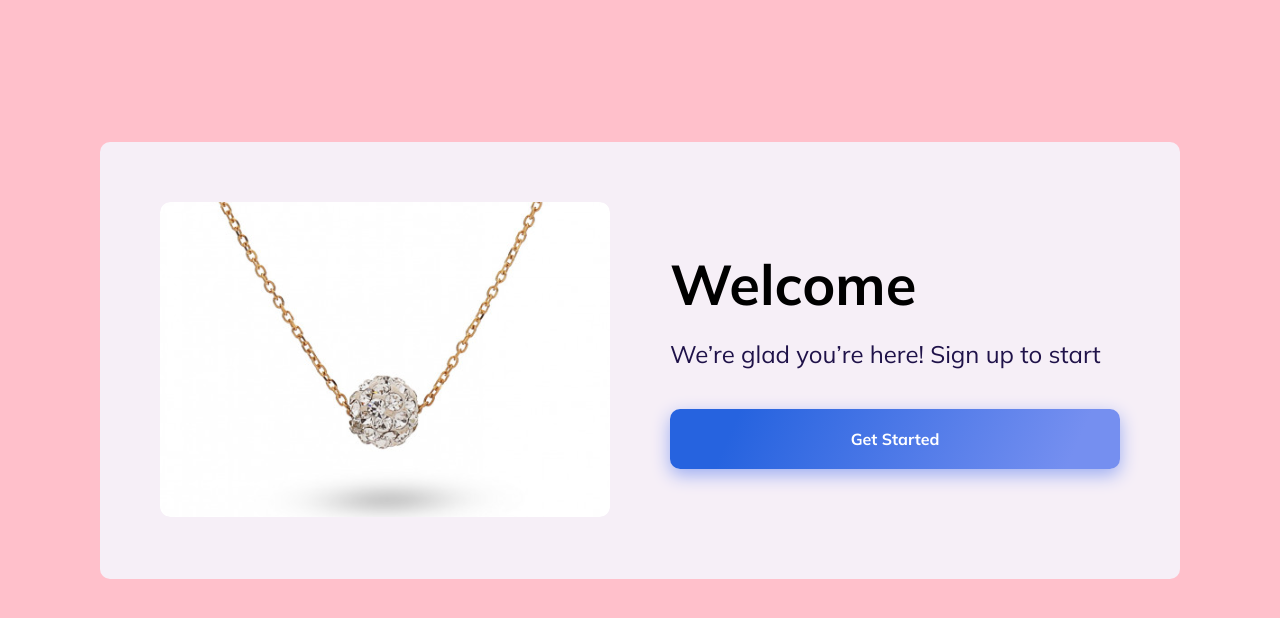
Repository: codezeloss/Valinteca-task
Page: index.html
These files come from the project's save history. The page is drawn as it stood at one moment and after a run of saves; the edit follows.
The browser window is 1280 px wide. The pictures show the whole page.

Above is the page before, as saved 2022-12-09 19:15:21.

After the next 2 saves:
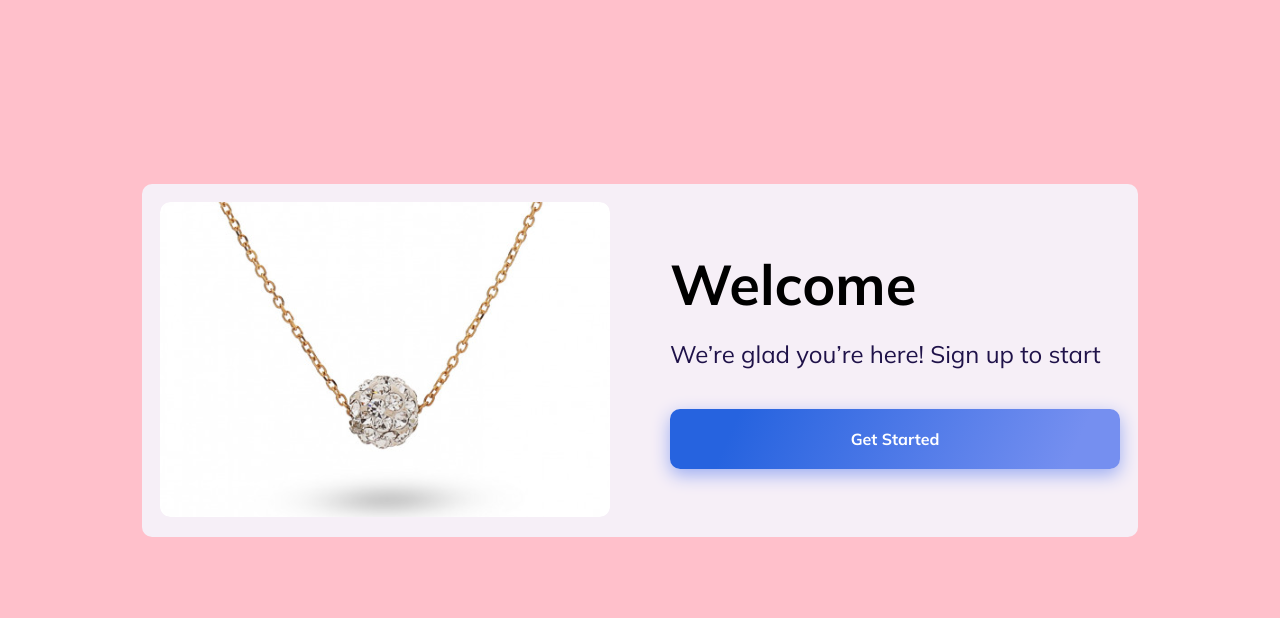
The 2 saves are shown as one change because they came seconds apart.
The last was saved 17 s later.
--- a/css/styles.css
+++ b/css/styles.css
@@ -19,7 +19,6 @@
   align-items: center;
   height: 100vh;
   background-color: pink;
-  padding: 1.8rem;
 }
 
 .flex-box {
@@ -33,7 +32,7 @@
   margin: 0 auto;
   background: rgba(245, 247, 255, 0.85);
   border-radius: 10px;
-  padding: 60px;
+  padding: 1.8rem;
 }
 
 .img-container {

After the save that followed:
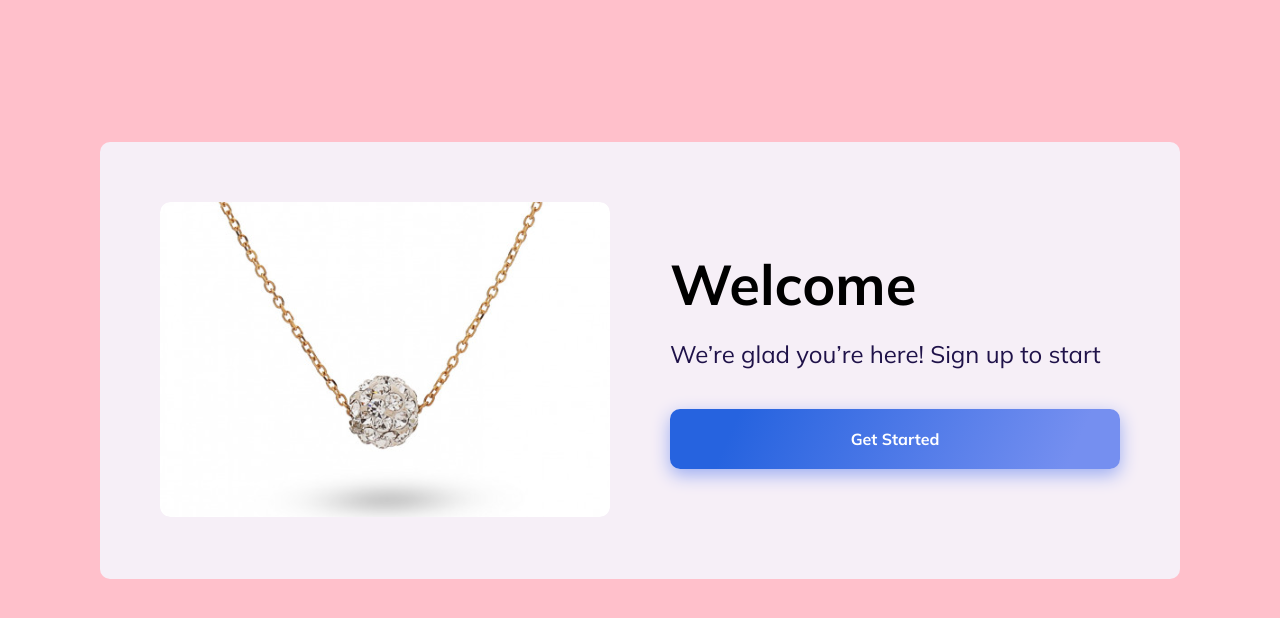
Saved 9 s later.
--- a/css/styles.css
+++ b/css/styles.css
@@ -32,7 +32,7 @@
   margin: 0 auto;
   background: rgba(245, 247, 255, 0.85);
   border-radius: 10px;
-  padding: 1.8rem;
+  padding: 60px;
 }
 
 .img-container {
